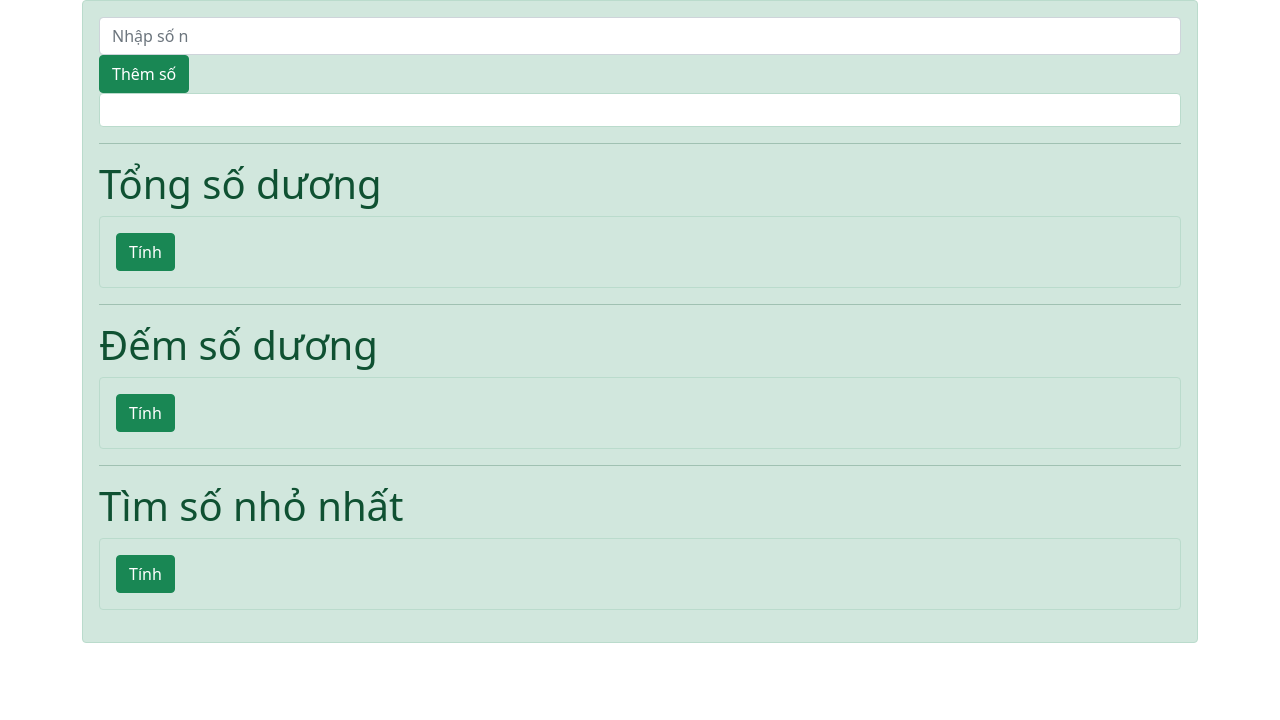
Repository: qkhanh1104k/Js-buoi7-8
Page: index.html
These files come from the project's save history. The page is drawn as it stood at one moment and after the next save; the edit follows.
The browser window is 1280 px wide. The pictures show the whole page.

Above is the page before, as saved 2022-07-26 20:30:01.

### index.html
<!DOCTYPE html>
<html lang="en">
  <head>
    <meta charset="UTF-8" />
    <meta http-equiv="X-UA-Compatible" content="IE=edge" />
    <meta name="viewport" content="width=device-width, initial-scale=1.0" />
    <title>Document</title>
    <link
      href="https://cdn.jsdelivr.net/npm/bootstrap@5.1.3/dist/css/bootstrap.min.css"
      rel="stylesheet"
      integrity="sha384-1BmE4kWBq78iYhFldvKuhfTAU6auU8tT94WrHftjDbrCEXSU1oBoqyl2QvZ6jIW3"
      crossorigin="anonymous"
    />
  </head>
  <body>
    <div class="container">
      <div>
        <div class="alert alert-success">
          <input
            type="text"
            placeholder="Nhập số n"
            id="txtNum"
            class="form-control"
          />
          <button class="btn btn-success" onclick="addNum()">Thêm số</button>
          <div class="alert alert-success" id="resultBt1" style="background-color:#fff ;"></div>
          <hr>
          <h1>Tổng số dương</h1>
          <div>
            <div class="alert alert-success" id="resBt2">
              <button class="btn btn-success" onclick="calcSumNegative()">Tính</button>
            </div>
          </div>
          <hr>
          <h1>Đếm số dương</h1>
          <div>
            <div class="alert alert-success" id="resBt3">
              <button class="btn btn-success" onclick="calcCountNegative()">Tính</button>
            </div>
          </div>
          <hr>
          <h1>Tìm số nhỏ nhất</h1>
          <div>
            <div class="alert alert-success" id="resBt4">
              <button class="btn btn-success" onclick="calcTheSmallest()">Tính</button>
            </div>
          </div>
        </div>
      </div>
    </div>
    <script src="./index.js"></script>
  </body>
</html>

### index.js
var txtNum = [];
function addNum() {
  var inputNum = document.getElementById("txtNum").value * 1;
  txtNum.push(inputNum);
  document.getElementById("resultBt1").innerHTML = txtNum;
}
// ex1:tính tổng số dương
function calcSumNegative() {
  var sum = 0;
  for (var i = 0; i < txtNum.length; i++) {
    if (txtNum[i] > 0) {
      sum += txtNum[i];
    }
  }
  document.getElementById("resBt2").innerHTML = sum;
}
// ex2:đếm só dương
function calcCountNegative() {
  var sum = 0;
  for (var i = 0; i < txtNum.length; i++) {
    if (txtNum[i] > 0) {
      sum++;
    }
  }
  document.getElementById("resBt3").innerHTML = sum;
}
// ex3:tìm số nhỏ nhất
function calcTheSmallest(){
    var min = txtNum[0];
    for (var i = 1; i < txtNum.length; i++) {
        if (min > txtNum[i]) {
          min = txtNum[i];
        }
      }
      document.getElementById("resBt4").innerHTML = min;
}

After the next save:
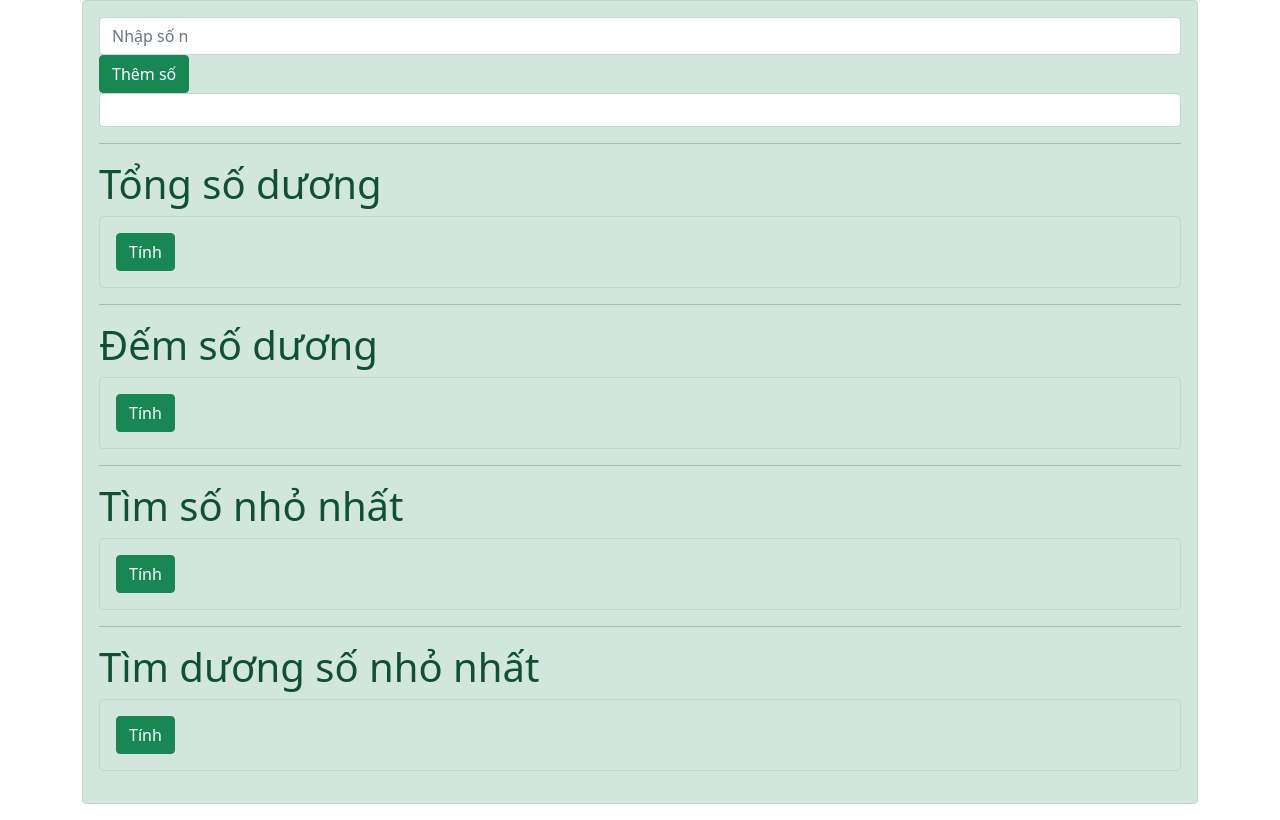
Saved 2 min 22 s later.
--- a/index.html
+++ b/index.html
@@ -45,6 +45,13 @@
               <button class="btn btn-success" onclick="calcTheSmallest()">Tính</button>
             </div>
           </div>
+          <hr>
+          <h1>Tìm dương số nhỏ nhất</h1>
+          <div>
+            <div class="alert alert-success" id="resBt5">
+              <button class="btn btn-success" onclick="calcTheSmallestNev()">Tính</button>
+            </div>
+          </div>
         </div>
       </div>
     </div>
